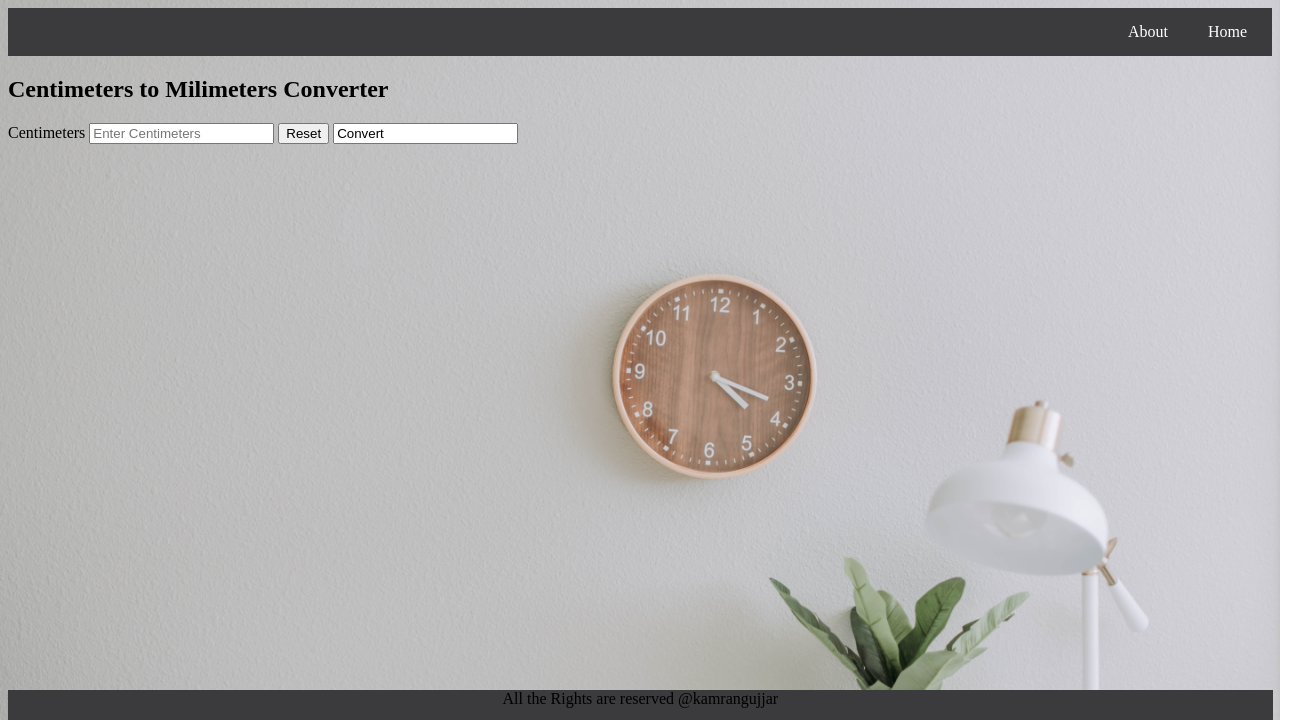
Repository: Kamrangujjar85112/Length-Converter
Page: html/cm_mm.html
An editor plug-in stored every save of this project. The page is shown before and after the next save, followed by the edit.
The browser window is 1280 px wide. The page is 1280 px wide, then 1298 px, so the pictures cover 1298 px, including what lies to the right of the window. The pictures show the whole page.

Above is the page before, as saved 2022-01-21 06:31:03.

### html/cm_mm.html
<!-- centimeters to milimeters -->
<!DOCTYPE html>
<html lang="en">
<head>
    <meta charset="UTF-8">
    <meta http-equiv="X-UA-Compatible" content="IE=edge">
    <meta name="viewport" content="width=device-width, initial-scale=1.0">
    <title></title>
    <link rel="stylesheet" href="../css/style.css">
</head>
<body>
    <div class="container ">
        <div class="header">
            <nav>
                <ul class="nav-ul">
                    <li class="nav-li"><a href="home.html">Home</a></li>
                    <li class="nav-li"><a href="about.html">About</a></li>
                </ul>
            </nav>
        </div>
    <div class="box">
        <h2>Centimeters to Milimeters Converter</h2>
        <form>
            <label>Centimeters</label>
            <input type="number" id="mm_con" placeholder="Enter Centimeters">
            <input type="reset" value="Reset">
            <input type="convert" value="Convert">
        </form>
    </div>
            <footer class="footer">
                <span>All the Rights are reserved @kamrangujjar</span>
            </footer>
    </div>
</body>
</html>

### css/style.css
  body{
    background-image: url('backg.jpg');
    background-repeat: no-repeat;
    background-attachment: fixed;
    background-size: cover;
}
.header{
    top: 0;
    width: 100%;
    margin: 0;
    position: relative;

}
.nav-ul{
    list-style-type: none;
    margin: 0;
    overflow: hidden;
    background: rgb(59, 59, 61);
  }

.nav-li {
    padding-right: 10px;
    float: right;
    align-items: inherit;
}

.nav-li a {
    display: block;
    color: rgb(255, 255, 255);
    text-align:center;
    padding: 15px 15px;
    text-decoration: none;
}
.link {
    list-style: none;
    text-align: left;
    align-items: left;
    margin: 10px;
    width: 300px;
}
.nav-li a:hover {
    background-color: #0ac577;
}
footer{
    bottom: 0;
    width: 98.8%;
    position: fixed;
    height: 30px;
    text-align: center;
    background: rgb(59, 59, 61);
}
button{
    width: 100%;
    height:40px;
    color: ivory;
    background-color: #141312;
    margin:13px;
    box-shadow: 0 12px 16px 0 rgba(0,0,0,0.24), 0 17px 50px 0 rgba(0,0,0,0.19);
}

After the next save:
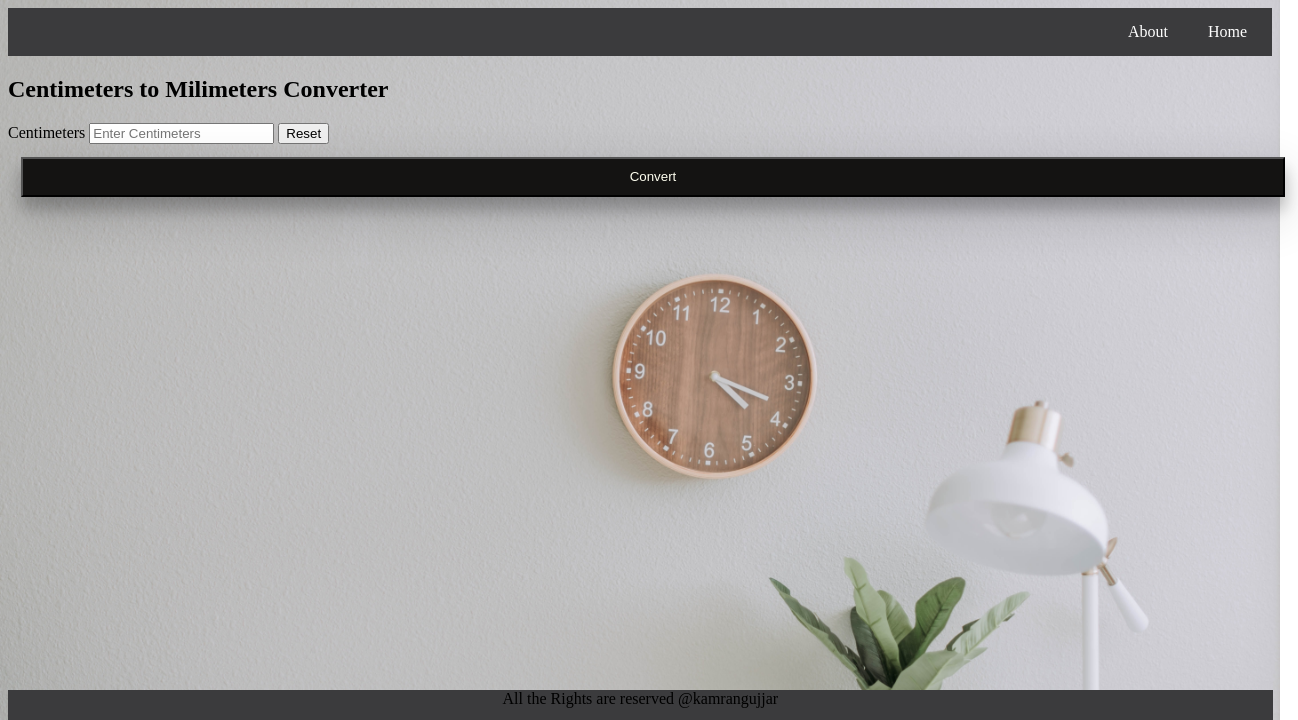
Saved 31 s later.
--- a/html/cm_mm.html
+++ b/html/cm_mm.html
@@ -24,7 +24,7 @@
             <label>Centimeters</label>
             <input type="number" id="mm_con" placeholder="Enter Centimeters">
             <input type="reset" value="Reset">
-            <input type="convert" value="Convert">
+            <button class="convert">Convert</button>
         </form>
     </div>
             <footer class="footer">
